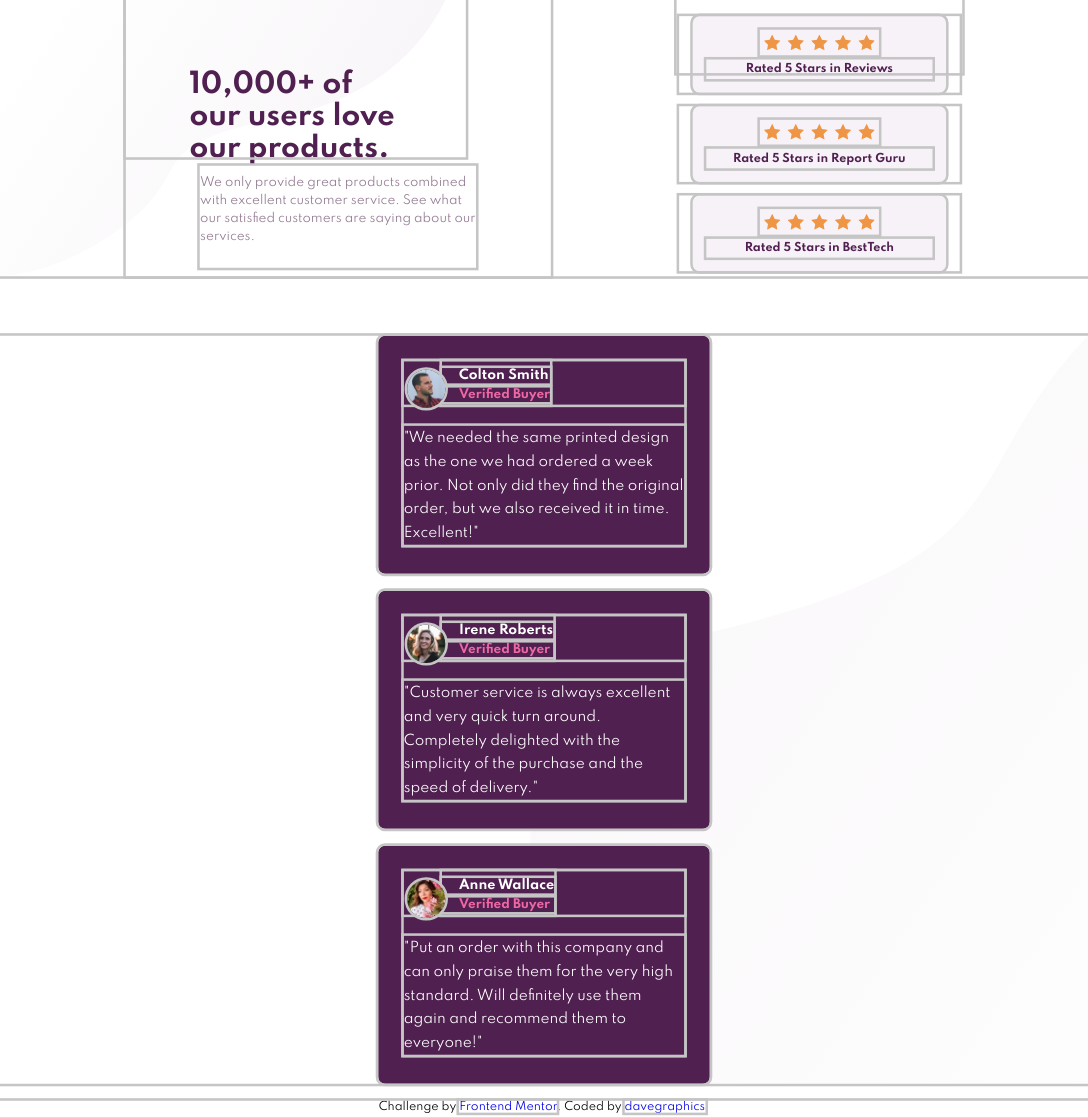
Repository: DejV44/social-proof-section-master
Page: index.html
These files come from the project's save history. The page is drawn as it stood at one moment and after the next save; the edit follows.
The browser window is 1280 px wide. The pictures show the whole page, at 85% of full size.
The style sheet was rebuilt from its Sass, Less or Tailwind sources for each picture, by a compiler version that may differ from the author's.

Above is the page before, as saved 2021-06-21 21:06:12.

After the next save:
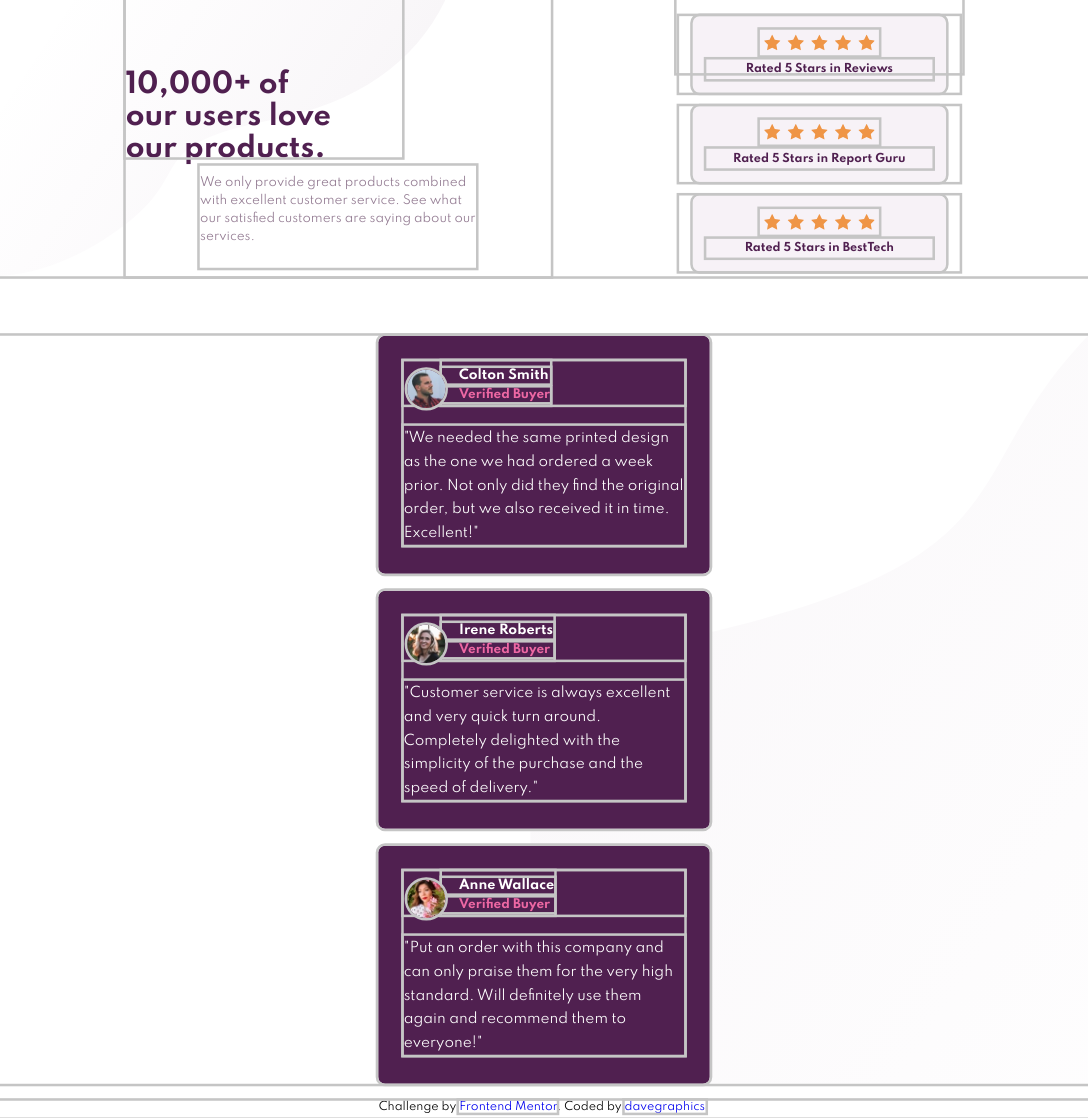
Saved 13 s later.
--- a/css/main.scss
+++ b/css/main.scss
@@ -183,6 +183,7 @@ body {
 
             .title {
                 margin: 0 auto 0 0;
+                padding-left: 0;
             }
         }
 
